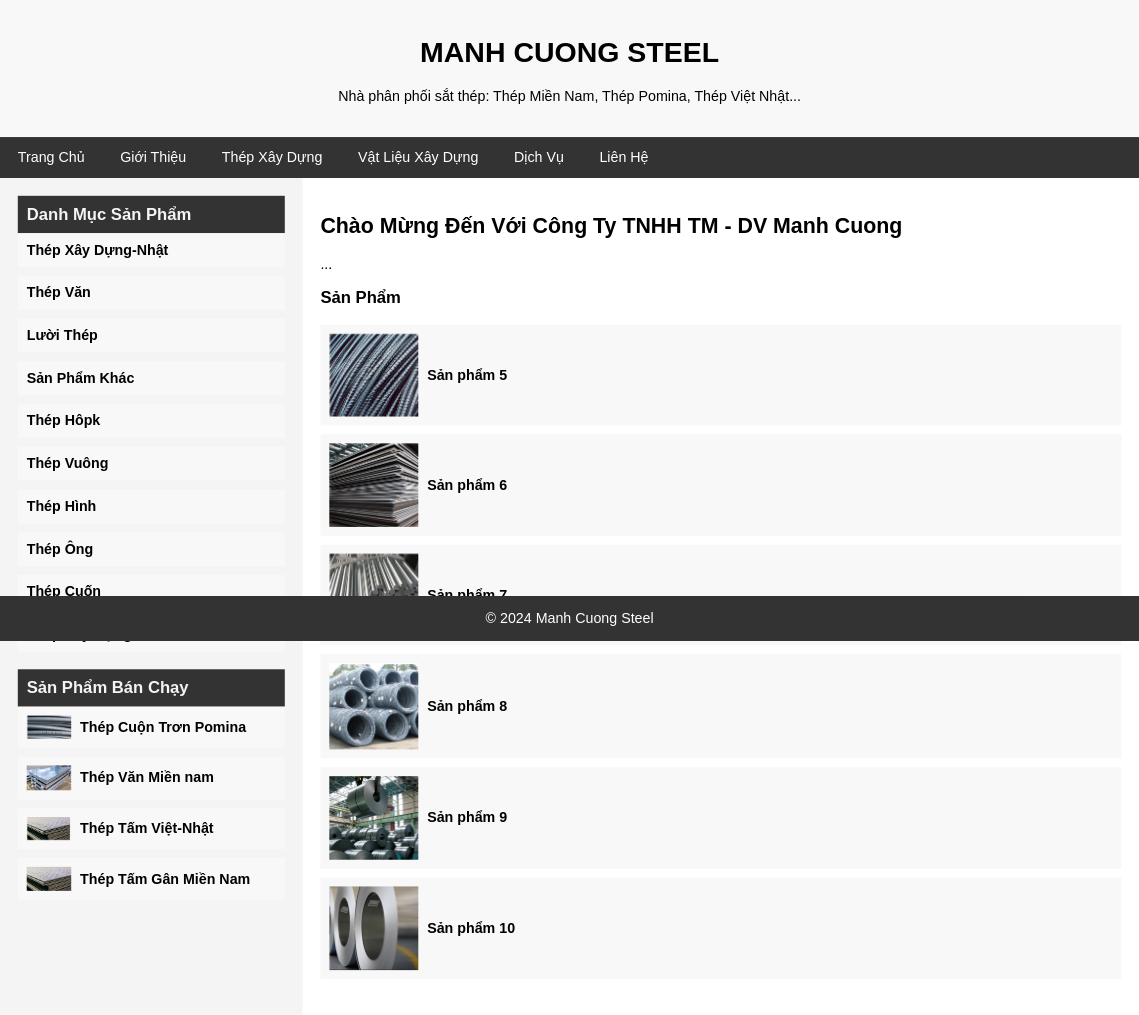
Repository: voduyquang123/quang2k4
Page: quang/FE/index.html
These files come from the project's save history. The page is drawn as it stood at one moment and after the next save; the edit follows.
The browser window is 1280 px wide. The pictures show the whole page, at 89% of full size.

Above is the page before, as saved 2024-06-22 10:40:54.

### quang/FE/index.html
<!DOCTYPE html>
<html lang="en">

<head>
    <meta charset="UTF-8">
    <meta name="viewport" content="width=device-width, initial-scale=1.0">
    <title>Manh Cuong Steel</title>
    <style>
        body {
            font-family: Arial, sans-serif;
            margin: 0;
            padding: 0;
            box-sizing: border-box;
        }

        header {
            background-color: #f8f8f8;
            padding: 20px;
            text-align: center;
        }

        nav {
            background-color: #333;
            overflow: hidden;
        }

        nav ul {
            list-style-type: none;
            margin: 0;
            padding: 0;
        }

        nav ul li {
            float: left;
        }

        nav ul li a {
            display: block;
            color: white;
            text-align: center;
            padding: 14px 20px;
            text-decoration: none;
        }

        nav ul li a:hover {
            background-color: #111;
        }

        .container {
            display: flex;
        }

        .sidebar {
            width: 25%;
            background-color: #f4f4f4;
            padding: 20px;
        }

        .content {
            width: 75%;
            padding: 20px;
        }

        .product-list,
        .best-sellers {
            margin-bottom: 20px;
        }

        .product-list h3,
        .best-sellers h3 {
            background-color: #333;
            color: white;
            padding: 10px;
            margin: 0;
            font-weight: 0;
        }

        .product-list ul,
        .best-sellers ul {
            list-style-type: none;
            padding: 0;
            margin: 0;
            font-weight: bold;
        }


        .product-list ul,
        .best-sellers ul {
            list-style-type: none;
            padding: 0;
        }

        .product-list li,
        .best-sellers li {
            background-color: #f8f8f8;
            margin-bottom: 10px;
            padding: 10px;
            display: flex;
            align-items: center;
        }

        .product-list h3,
        .best-sellers h3 {
            background-color: #333;
            color: #f4f4f4;
            padding: 10px;
            margin: 0;
        }

        .product-list li img,
        .best-sellers li img {
            margin-right: 10px;
        }

        footer {
            background-color: #333;
            color: white;
            text-align: center;
            padding: 0px;
            position: fixed;
            width: 100%;
            bottom: 0;
        }
    </style>

</head>

<body>
    <header>
        <h1>MANH CUONG STEEL</h1>
        <p>Nhà phân phối sắt thép: Thép Miền Nam, Thép Pomina, Thép Việt Nhật...</p>
    </header>
    <nav>
        <ul>
            <li><a href="#">Trang Chủ</a></li>
            <li><a href="#">Giới Thiệu</a></li>
            <li><a href="#">Thép Xây Dựng</a></li>
            <li><a href="#">Vật Liệu Xây Dựng</a></li>
            <li><a href="#">Dịch Vụ</a></li>
            <li><a href="#">Liên Hệ</a></li>
        </ul>
    </nav>
    <div class="container">
        <div class="sidebar">
            <div class="product-list">
                <h3>Danh Mục Sản Phẩm</h3>
                <ul>
                    <li>Thép Xây Dựng-Nhật</li>
                    <li>Thép Văn</li>
                    <li>Lười Thép</li>
                    <li>Sản Phẩm Khác</li>
                    <li>Thép Hôpk</li>
                    <li>Thép Vuông</li>
                    <li>Thép Hình</li>
                    <li>Thép Ông</li>
                    <li>Thép Cuốn </li>
                    <li>Thép Xây Dựng</li>
                </ul>
            </div>
            <div class="best-sellers">
                <h3>Sản Phẩm Bán Chạy</h3>
                <ul>
                    <li><img src="img/1.png" alt="Sản phẩm 1" width="50"> Thép Cuộn Trơn Pomina</li>
                    <li><img src="img/2.png" alt="Sản phẩm 2" width="50"> Thép Văn Miền nam </li>
                    <li><img src="img/3.png" alt="Sản phẩm 3" width="50"> Thép Tấm Việt-Nhật</li>
                    <li><img src="img/4.png" alt="Sản phẩm 4" width="50"> Thép Tấm Gân Miền Nam</li>
                </ul>
            </div>
        </div>
        <div class="content">
            <h2>Chào Mừng Đến Với Công Ty TNHH TM - DV Manh Cuong</h2>
            <p>...</p>
            <h3>Sản Phẩm</h3>
            <div class="product-list">
                <ul>
                    <li><img src="img/5.png" alt="Sản phẩm 5" width="100"> Sản phẩm 5</li>
                    <li><img src="img/6.png" alt="Sản phẩm 6" width="100"> Sản phẩm 6</li>
                    <li><img src="img/7.png" alt="Sản phẩm 7" width="100"> Sản phẩm 7</li>
                    <li><img src="img/8.png" alt="Sản phẩm 8" width="100"> Sản phẩm 8</li>
                    <li><img src="img/9.png" alt="Sản phẩm 9" width="100"> Sản phẩm 9</li>
                    <li><img src="img/10.png" alt="Sản phẩm 10" width="100"> Sản phẩm 10</li>
                </ul>
            </div>
        </div>
    </div>
    <footer>
        <p>&copy; 2024 Manh Cuong Steel</p>
    </footer>
</body>

</html>

After the next save:
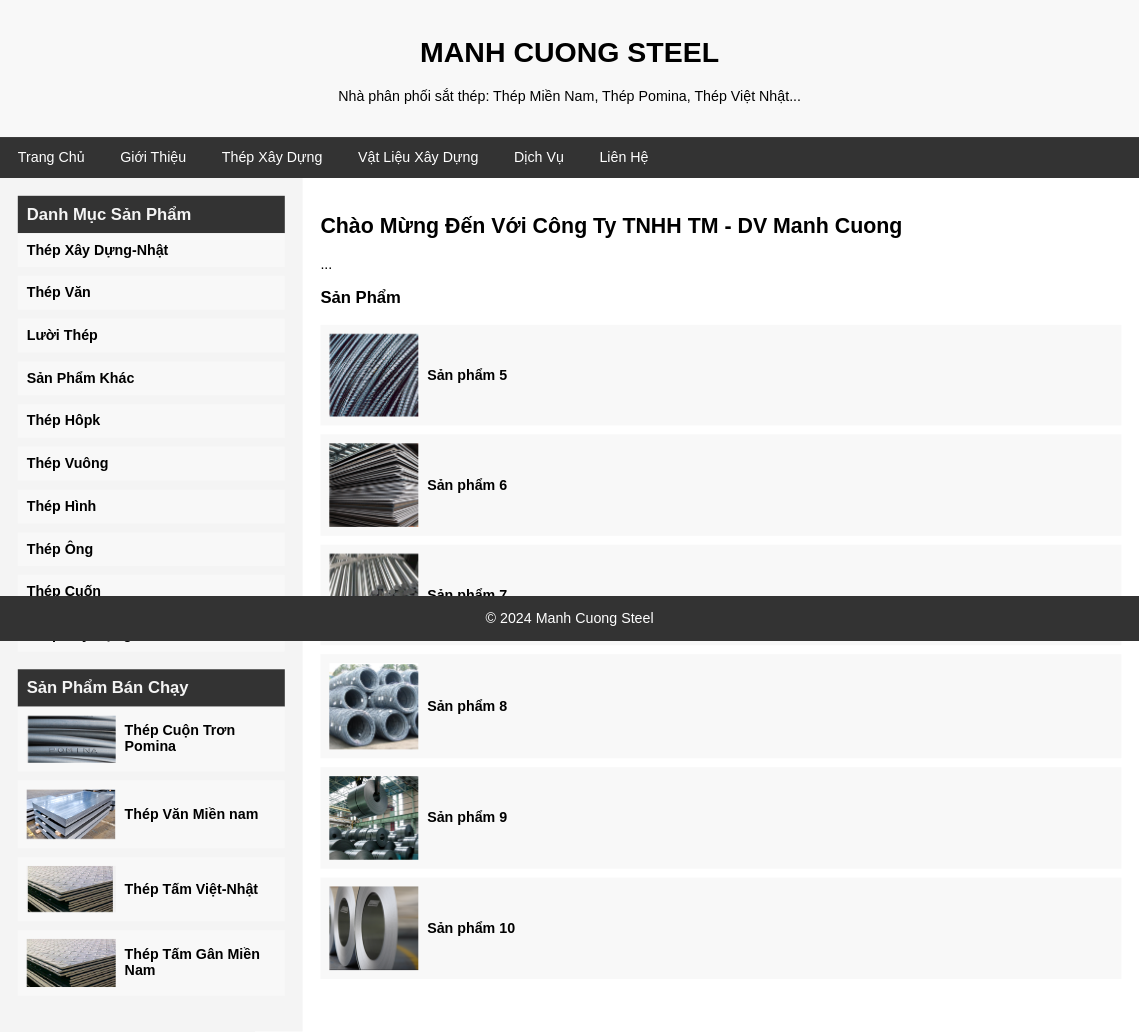
Saved 2 min 48 s later.
--- a/quang/FE/index.html
+++ b/quang/FE/index.html
@@ -120,6 +120,21 @@
             position: fixed;
             width: 100%;
             bottom: 0;
+        }
+
+        .highlighted-title {
+            background-color: #333;
+            color: white;
+            padding: 10px;
+            margin: 0;
+            font-weight: bold;
+        }
+
+        .product-list li img,
+        .best-sellers li img {
+            width: 100px;
+            height: auto;
+
         }
     </style>
 
